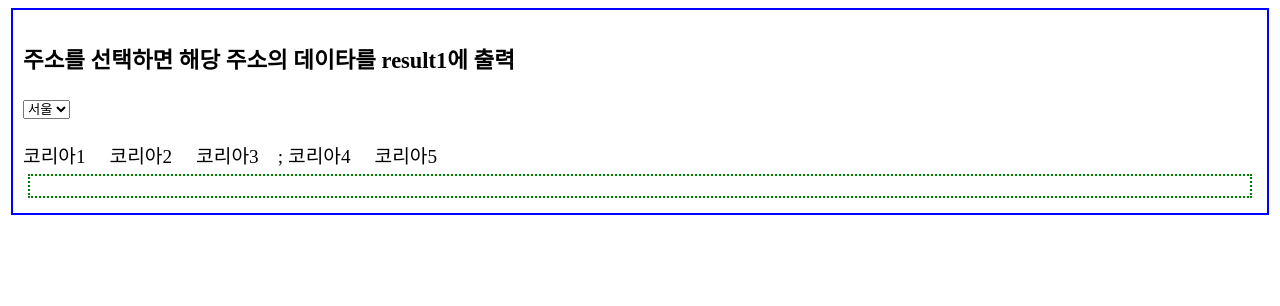
Repository: patternlobe-stack/MY_repository
Page: webpro/src/main/webapp/0916/data메소드.html
These files come from the project's save history. The page is drawn as it stood at one moment and after the next save; the edit follows.
The browser window is 1280 px wide. The pictures show the whole page.

Above is the page before, as saved 2025-09-16 08:24:58.

After the next save:
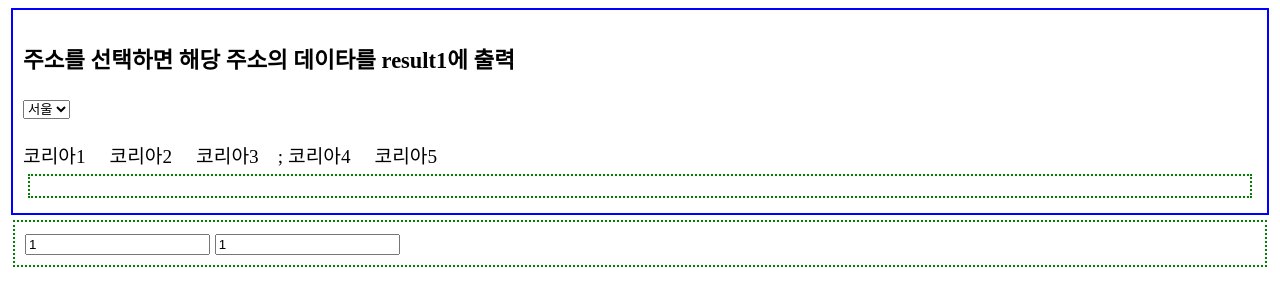
Saved 5 min 54 s later.
--- a/webpro/src/main/webapp/0916/data메소드.html
+++ b/webpro/src/main/webapp/0916/data메소드.html
@@ -26,7 +26,7 @@ $(()=>{
             if(addr == dataAddr){
 /*                 let res = $(this).data();
                 // res는 {name:"코리아1", address:"제주", code:"10101"} 이런 객체
-
+			//객체접근방식
                 str += `이름 : ${res.name} <br>`;
                 str += `주소 : ${res.address} <br>`;
                 str += `번호 : ${res.code} <br>`; */
@@ -73,5 +73,11 @@ $(()=>{
 
      <div id="result1"></div>
 </div>
+
+
+<div>
+<input type="number" value="1" id="1">
+<input type="number" value="1" data-id="1">
+ </div>
 </body>
 </html>
